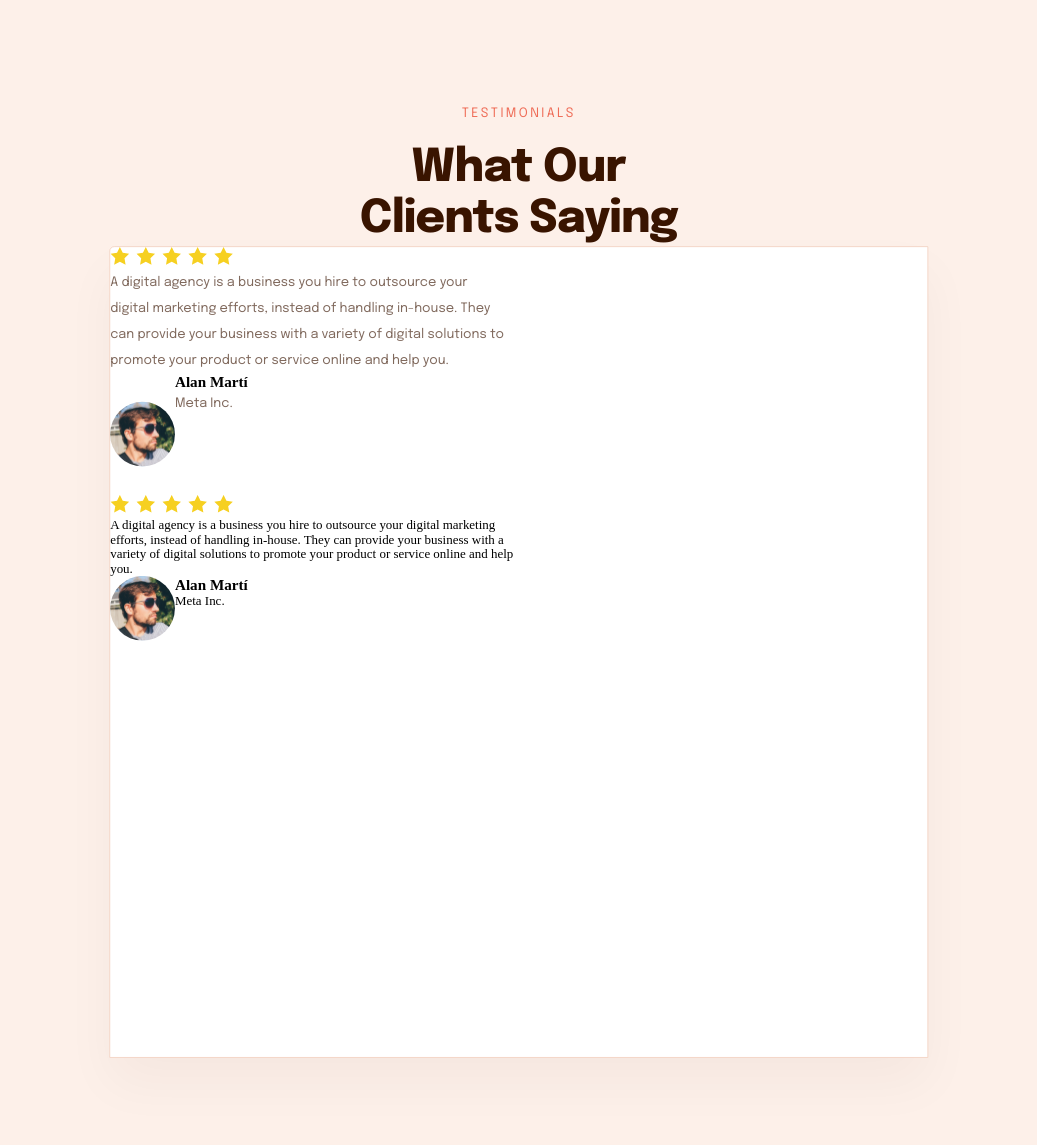
Repository: simralgasimov/task
Page: index.html
The author's editor kept a copy of each file at every save. The page is drawn from the files as they stood at one save, then again after the next save.
The browser window is 1280 px wide. The pictures show the whole page, at 81% of full size.

Above is the page before, as saved 2023-09-06 13:33:57.

After the next save:
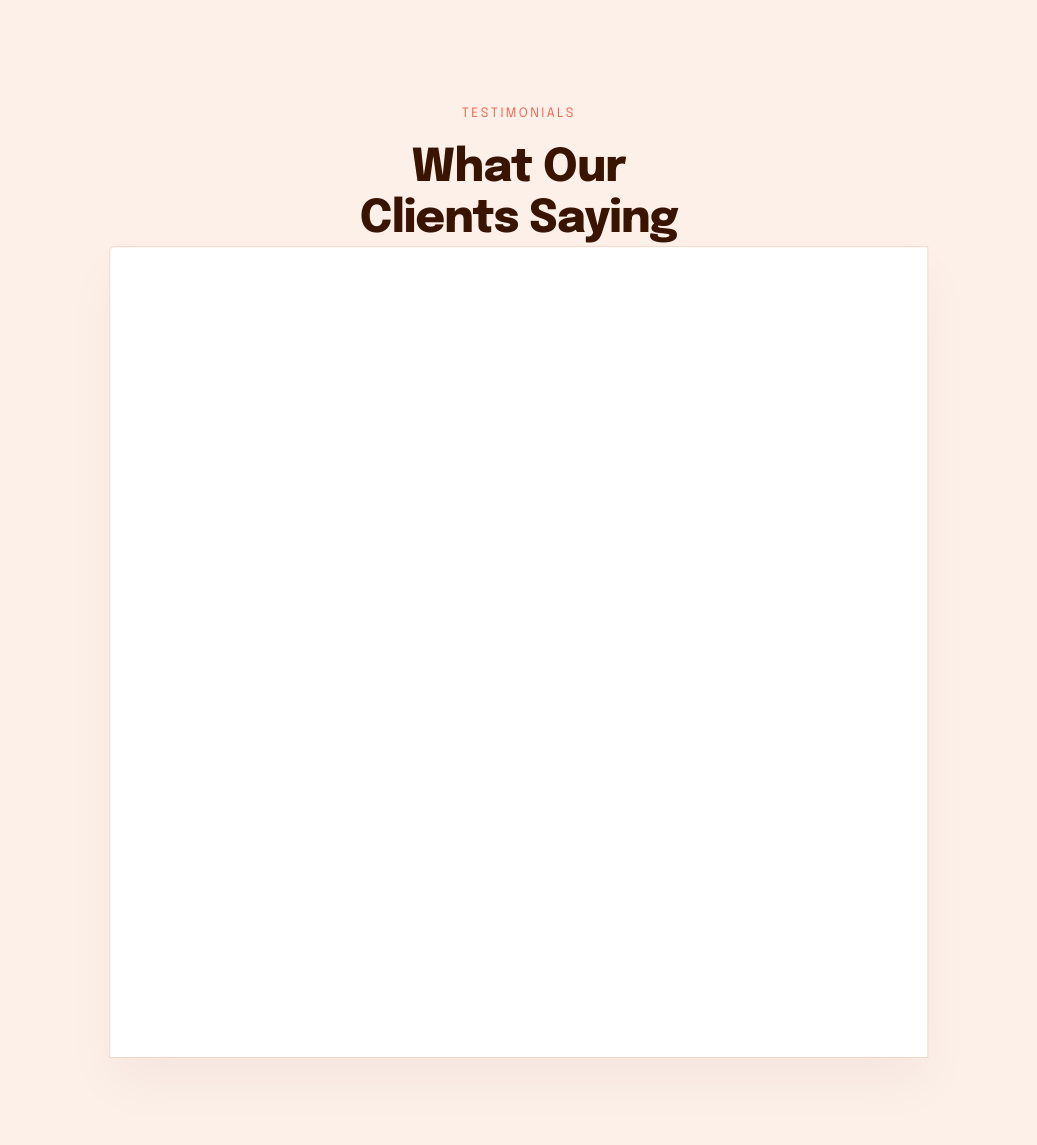
Saved 6 s later.
--- a/index.html
+++ b/index.html
@@ -15,7 +15,7 @@
       </h2>
       <div class="comment">
         <div class="left-box">
-          <div class="first-box">
+          <!-- <div class="first-box">
             <div class="box-1">
               <img src="./img/star.svg" alt="" />
               <p>
@@ -55,7 +55,7 @@
   </div>
   </div>
 
-        </div>
+        </div> -->
         </div>
         <div class="right-box"></div>
 
